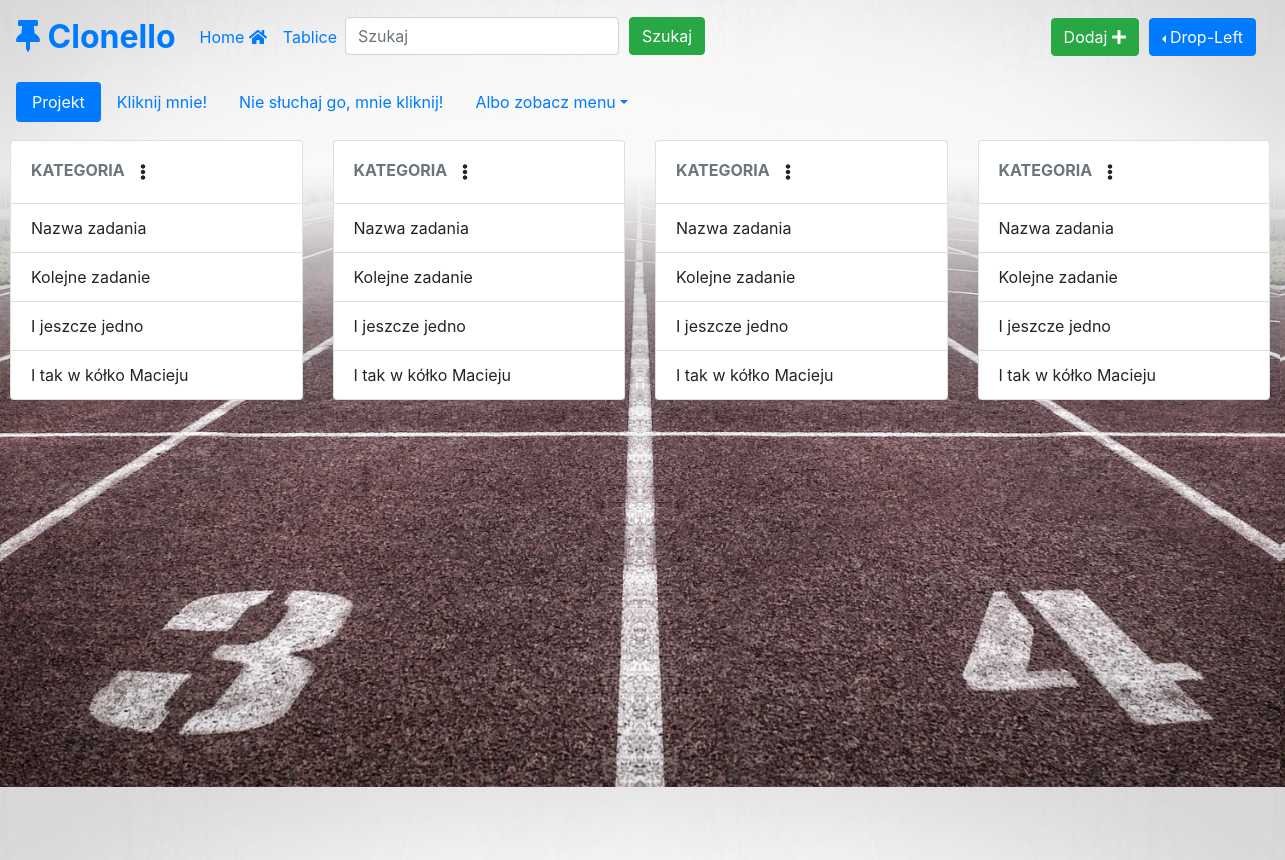
Repository: jnehlt/PAW-lab
Page: / (app in Frontend/clonello/)
These files come from the project's save history. The page is drawn as it stood at one moment and after the next save; the edit follows.
The browser window is 1280 px wide. The page is 1285 px wide, so the pictures cover 1285 px, including what lies to the right of the window. The pictures show the whole page.
The project was rebuilt for these pictures with package versions that can differ from the ones it lists, and the page was loaded fresh each time.

Above is the page before, as saved 2020-04-24 22:48:04.

After the next save:
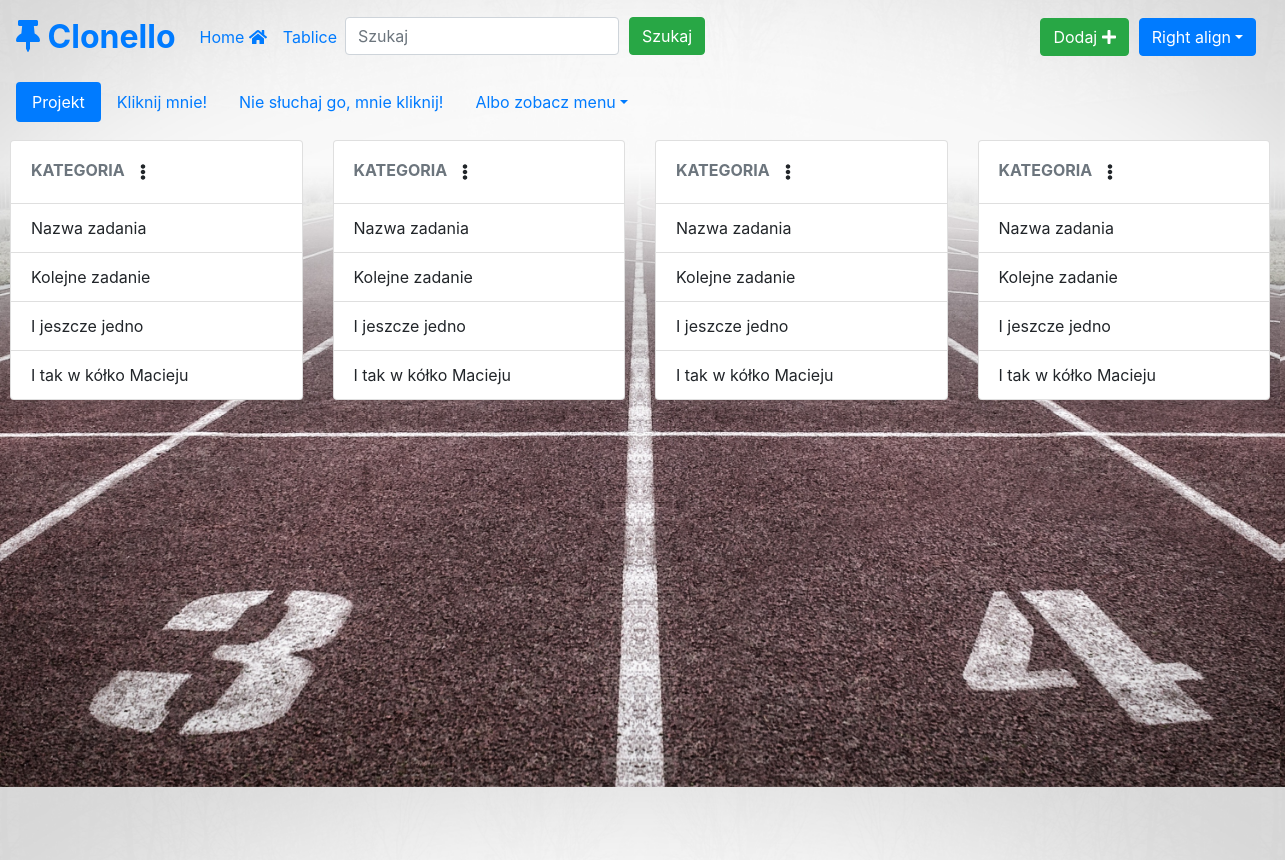
Saved 45 s later.
--- a/Frontend/clonello/src/components/TopHeader.vue
+++ b/Frontend/clonello/src/components/TopHeader.vue
@@ -32,7 +32,7 @@
                 </b-collapse>
               </b-card>
             </b-collapse>
-            <b-dropdown id="dropdown-dropleft" dropleft text="Drop-Left" variant="primary" class="m-2">
+            <b-dropdown id="dropdown-right" right text="Right align" variant="primary" class="m-2">
               <b-dropdown-item href="#">Action</b-dropdown-item>
               <b-dropdown-item href="#">Another action</b-dropdown-item>
               <b-dropdown-item href="#">Something else here</b-dropdown-item>
